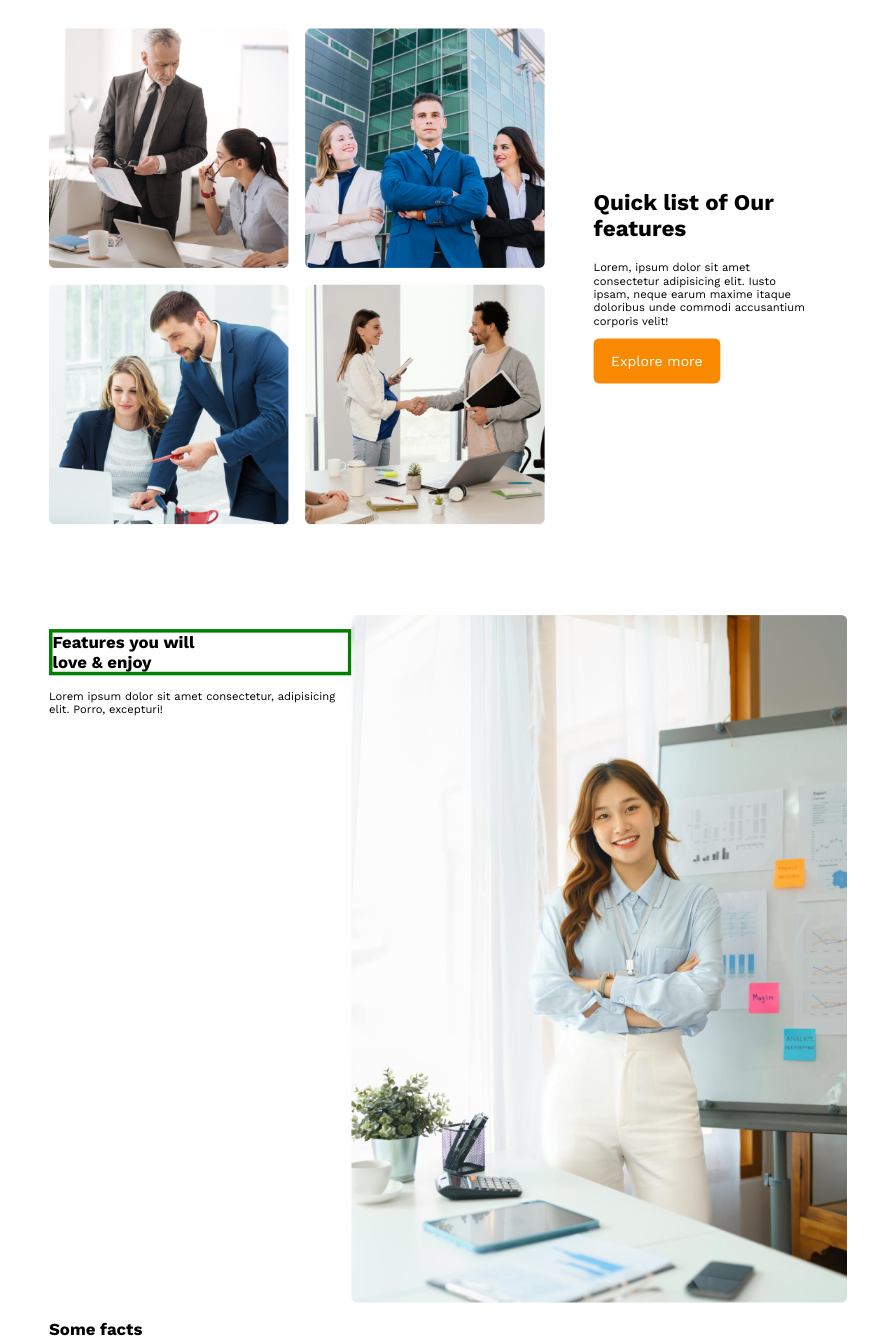
Repository: RudrasahaDibos/architects-resources
Page: index.html
An editor plug-in stored every save of this project. The page is shown before and after the next save, followed by the edit.
The browser window is 1280 px wide. The pictures show the part of the page from y = 1084 to 3004 px (the page is 3611 px tall), at 70% of full size.

Above is the page before, as saved 2024-10-07 21:56:47.

After the next save:
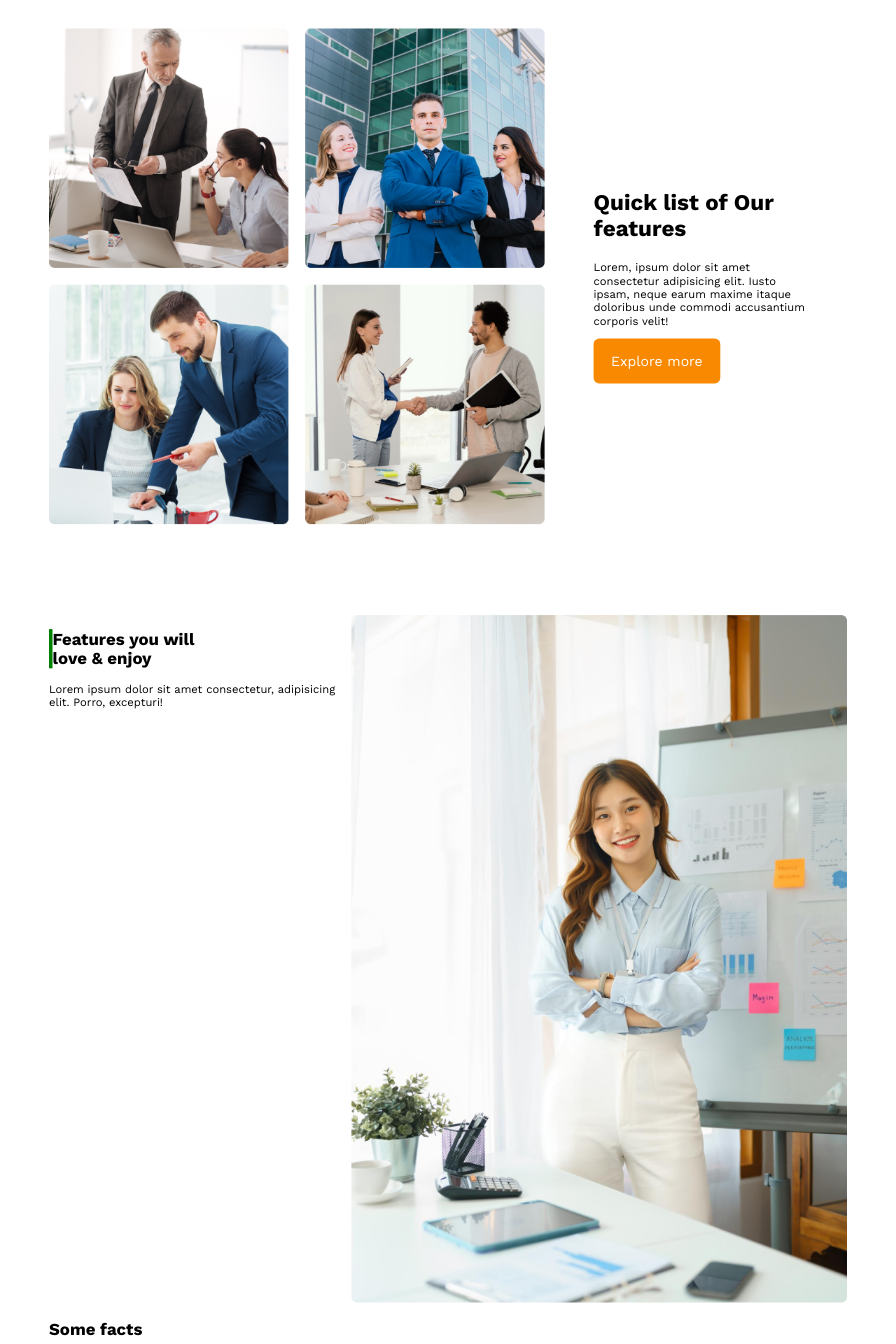
Saved 9 s later.
--- a/index.css
+++ b/index.css
@@ -101,7 +101,7 @@
 
 }
 .features-title{
-    border: 5px solid green;
+    border-left: 5px solid green;
 }
  /* some */
  .fact-card-container{
